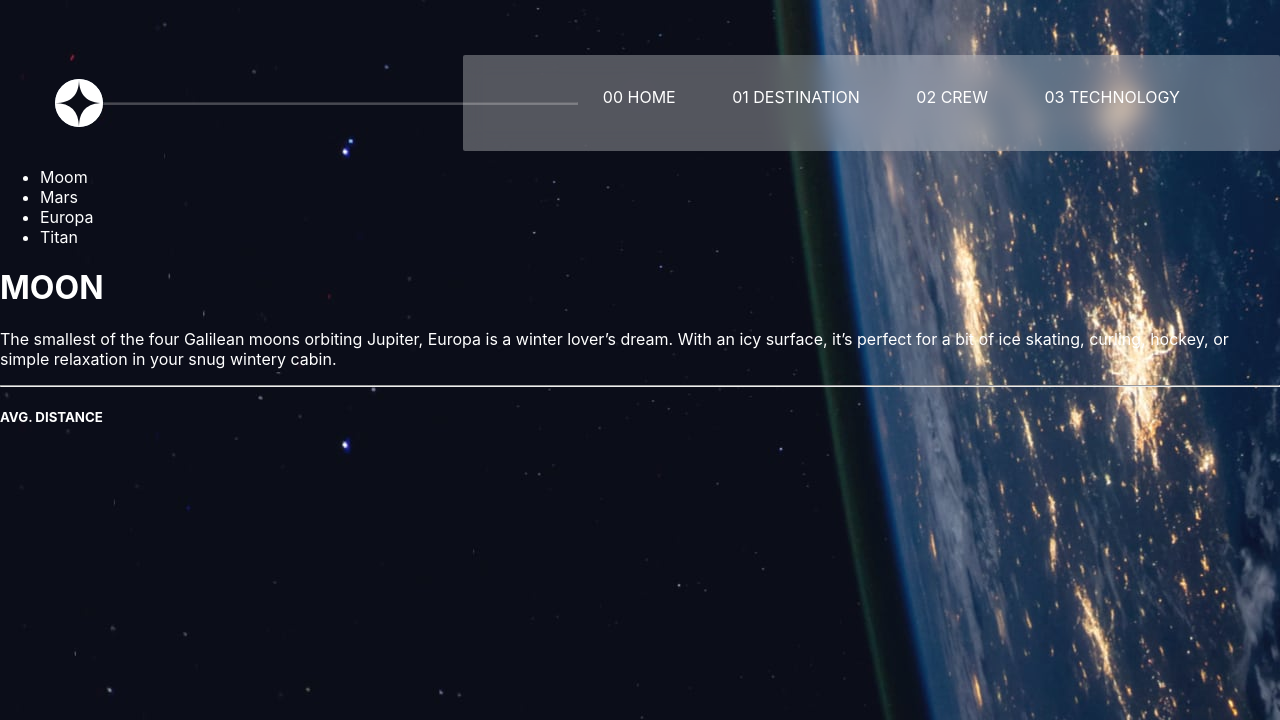
Repository: jhonenmanuel1/FrontEndMentor-MultiPageSpace
Page: /
An editor plug-in stored every save of this project. The page is shown before and after the next save, followed by the edit.
The browser window is 1280 px wide. The pictures show the whole page.
The project was rebuilt for these pictures with package versions that can differ from the ones it lists, and the page was loaded fresh each time. Also part of the build but not shown: src/views/home.js.

Above is the page before, as saved 2022-06-23 22:21:49.

### src/App.js

import HeaderView from './components/header';
import Destination from './views/destination';
import HomeView from './views/home';


function App() {
  return (
    <div className="App">
      <HeaderView/>
      <Destination/>


    </div>
  );
}

export default App;

### src/components/header.js
import styles from "../styles/header.module.css"

const HeaderView = ()=>{

    return(
        <div className={styles.wraper}>
            <div className={styles.headerLogo}>
            <svg xmlns="http://www.w3.org/2000/svg" width="48" height="48"><g fill="none" fill-rule="evenodd"><circle cx="24" cy="24" r="24" fill="#FFF"/><path fill="#0B0D17" d="M24 0c0 16-8 24-24 24 15.718.114 23.718 8.114 24 24 0-16 8-24 24-24-16 0-24-8-24-24z"/></g></svg>
            </div>
            <div className={styles.headerLine}>
                <hr />
            </div>
            <div className={styles.headerMenu}>
                 <ul>
                    <li> 00 HOME</li>
                    <li> 01 DESTINATION </li>
                    <li> 02 CREW </li>
                    <li className={styles.lastList}> 03 TECHNOLOGY</li>

                </ul>
            </div>

        </div>
    )
}
export default HeaderView;

### src/views/destination.js
import PlanetCardInfo from "../atoms/PlanetCardInfo";

export default function Destination() {
  return (
    <>
      <div className="destinationContainer">
        <div className="planetCard">
          <div className="titlePlanet"></div>
          <div className="planetCardImage"></div>
        </div>
        <div>
            <PlanetCardInfo/>
        </div>
      </div>
    </>
  );
}

### src/styles/header.module.css
.wraper {
    margin-top: 55px;
    display: flex;
    justify-content: space-between;


    background-position: center center;
    background-repeat: no-repeat;
    background-size: cover


}
.headerLogo{
    display: flex;
    justify-content: center;
    align-items: center;


}
.headerLogo svg {
    background-color: aliceblue;
    border-radius: 100%;
    height: 48px;
    width: 48px;
    margin-left: 55px;
}

.headerMenu{
    background-color: rgba(255, 255, 255, 0.3);
    border-radius: 2px;
    text-align: center;
    backdrop-filter: blur(12px);
    -webkit-backdrop-filter: blur(10px);
    width: 830px;
    height: 96px;



}

.headerMenu ul {
    display: flex;
    justify-content:  space-between;
    align-items: center;
    padding-right: 100px;
    margin-left: 100px;
    margin-top: 32px;
    color: white;


}
.headerMenu ul li {
    text-decoration: none;
    list-style: none;

}

.headerLogo{
    color: white;

}
.headerLine {
    display: flex;
    justify-content: center;
    align-items: center;
    margin-right: -9%;
    z-index: 1;

}
.headerLine hr {
    height: 1px;
    background-color: white;
    color: white;
    width: 473px;
    opacity:  25.15%;

}

### src/atoms/PlanetCardInfo.js
export default function PlanetCardInfo() {
  return (
    <>
      <div className="planetCardInfoContainer">
        <div className="planetCardHeader">
          <ul>
            <li>Moom</li>
            <li>Mars</li>
            <li>Europa</li>
            <li>Titan</li>
          </ul>
        </div>
        <div className="planetCardTitle">
          <h1> MOON</h1>
        </div>
        <p>
          The smallest of the four Galilean moons orbiting Jupiter, Europa is a
          winter lover’s dream. With an icy surface, it’s perfect for a bit of
          ice skating, curling, hockey, or simple relaxation in your snug
          wintery cabin.
        </p>
        <hr></hr>
        <div className="planetCardFooter">
          <div>
            <div className="Mini Targets"></div>
          </div>
          <h5>AVG. DISTANCE</h5>
          <h4></h4>
        </div>
      </div>
    </>
  );
}

### src/styles/homeview.module.css
body{
    color: white;
    background-image: url("../components/Images/home/background-home-desktop.jpg") ;
}
.containerCard{
    display: flex;
    margin-top: 257px;
    justify-content: center;
    align-items: center;
}
.spaceinfo{
    padding-right: 325px;
}
.homeSpaceTarget{
    max-width: 461.76px;
    display: flex;
    justify-content: center;
    align-items: center;
    margin: 0px;

}

.homeSpaceTargeth3 {
    font-weight: 1;
    font-size: 34px;
    margin: 0px;
}
.homeSpaceTargeth1{

    font-family: 'Bellefair';
    font-style: normal;
    font-weight: 400;
    font-size: 128px;
    line-height: 147px;
    margin: 0px;
}
.homeSpaceTargetp{
    font-size: 18px;
}
.explore{

    margin-bottom: -70px;
}

Loaded but not shown: public/index.html (common file); src/index.js (common file); src/index.css (common file); src/reportWebVitals.js (common file)

After the next save:
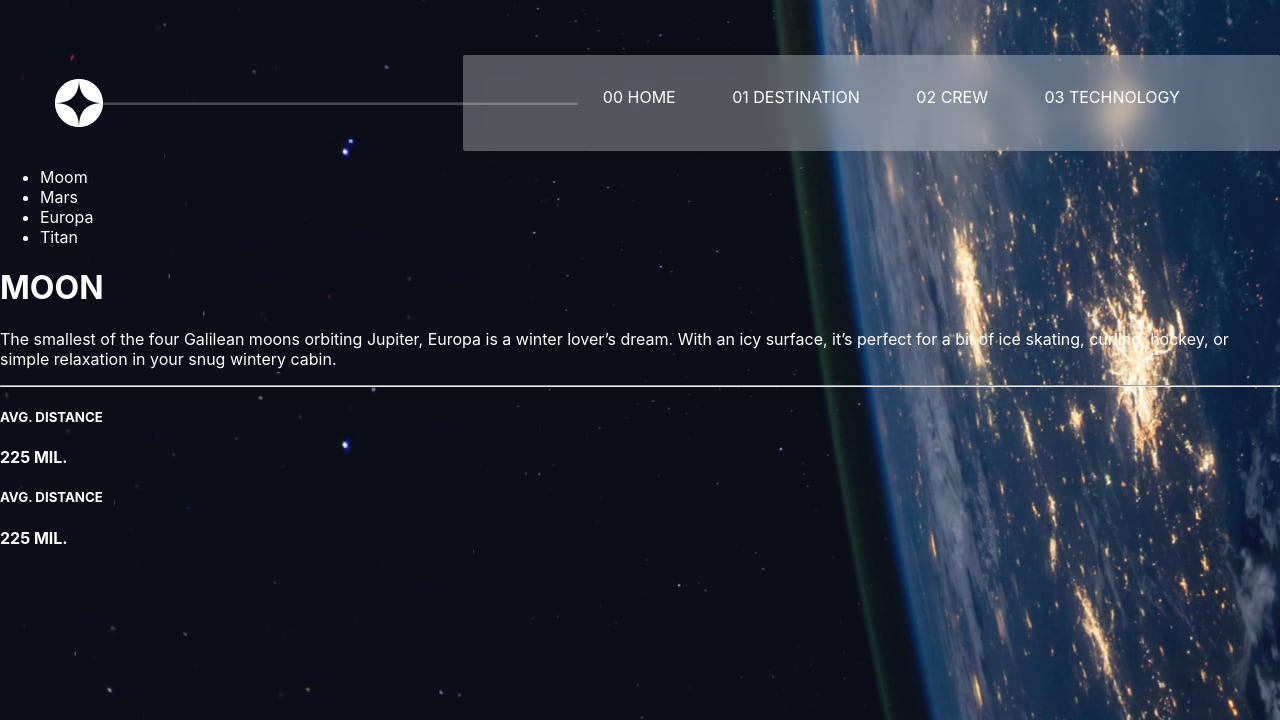
Saved 57 s later.
--- a/src/atoms/PlanetCardInfo.js
+++ b/src/atoms/PlanetCardInfo.js
@@ -25,7 +25,14 @@ export default function PlanetCardInfo() {
             <div className="Mini Targets"></div>
           </div>
           <h5>AVG. DISTANCE</h5>
-          <h4></h4>
+          <h4>225 MIL.</h4>
+        </div>
+        <div className="planetCardFooter">
+          <div>
+            <div className="Mini Targets"></div>
+          </div>
+          <h5>AVG. DISTANCE</h5>
+          <h4>225 MIL.</h4>
         </div>
       </div>
     </>
